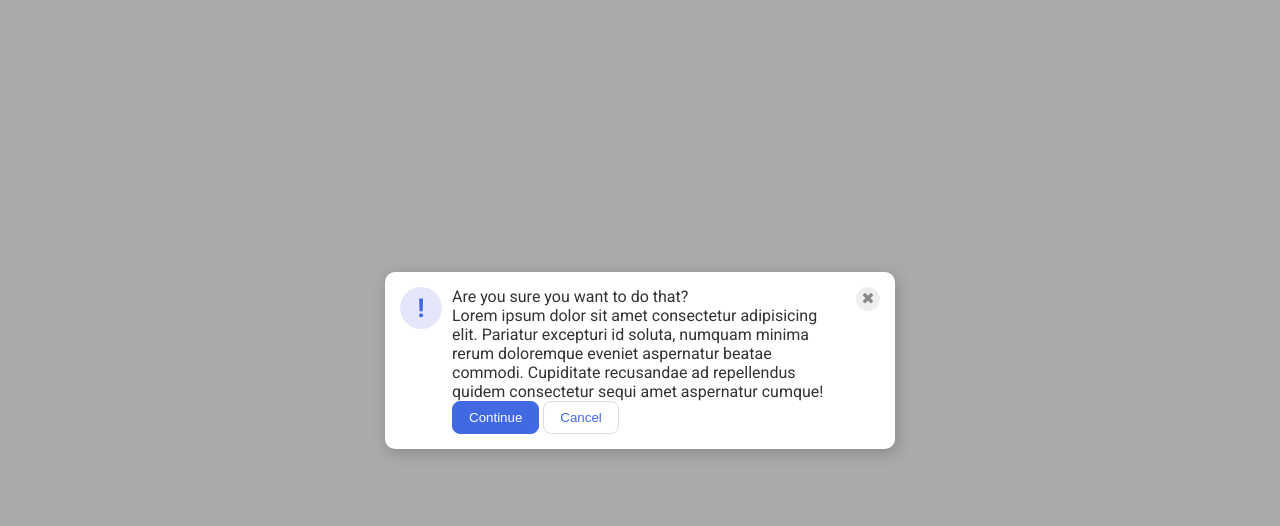
Repository: ridgely/css-exercises
Page: flex/05-flex-modal/index.html
An editor plug-in stored every save of this project. The page is shown before and after a run of saves, followed by the edit.
The browser window is 1280 px wide. The pictures show the whole page.

Above is the page before, as saved 2022-07-06 14:26:02.

After the next 2 saves:
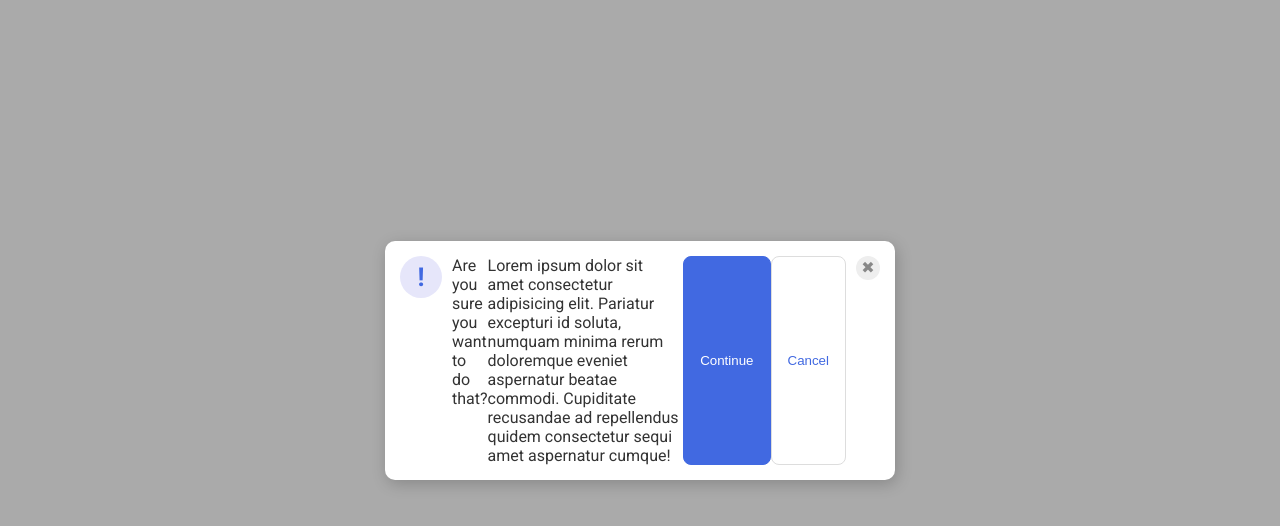
The 2 saves are shown as one change because they came seconds apart.
The last was saved 51 s later.
--- a/flex/05-flex-modal/style.css
+++ b/flex/05-flex-modal/style.css
@@ -38,6 +38,10 @@ body {
   justify-content: center;
 }
 
+.column-2 {
+  display: flex;
+}
+
 .close-button {
   background: #eee;
   border-radius: 50%;
